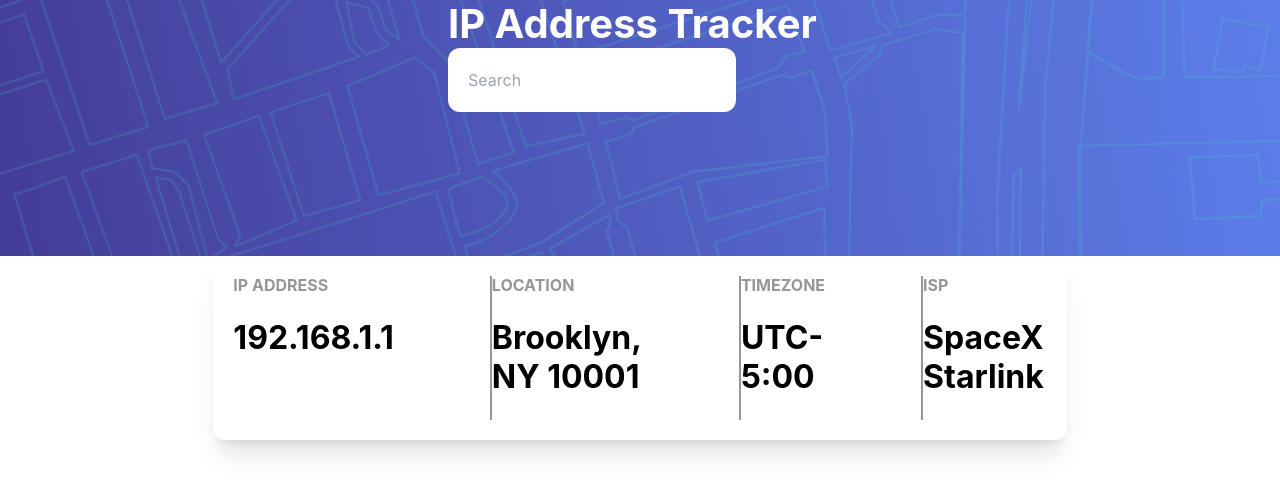
Repository: Dealsy/IP-Tracker
Page: /
These files come from the project's save history. The page is drawn as it stood at one moment and after the next save; the edit follows.
The browser window is 1280 px wide. The pictures show the whole page.
The project was rebuilt for these pictures with package versions that can differ from the ones it lists, and the page was loaded fresh each time. The framework's server and built-in components were replaced by stand-ins that run in the browser. Also part of the build but not shown: next.config.js.

Above is the page before, as saved 2022-04-21 21:57:00.

After the next save:
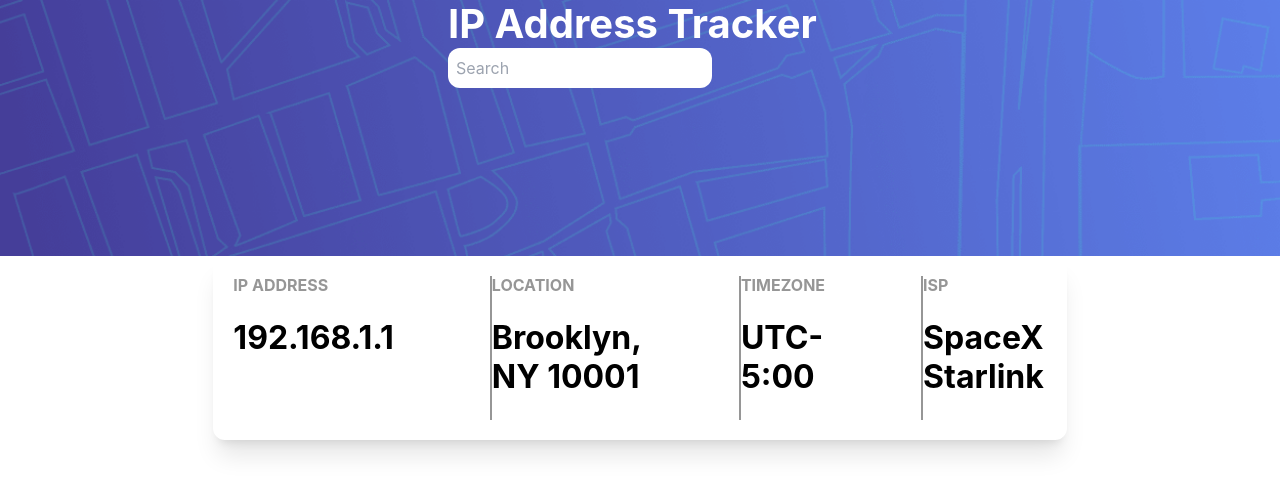
Saved 4 s later.
--- a/pages/index.js
+++ b/pages/index.js
@@ -14,7 +14,7 @@ export default function Home() {
           <h1 className="text-white w-96 m-auto">IP Address Tracker</h1>
           <div className="w-96 m-auto">
             <input
-              className="p-5 rounded-xl"
+              className="p-2 rounded-xl"
               type="search"
               placeholder="Search"
             />
